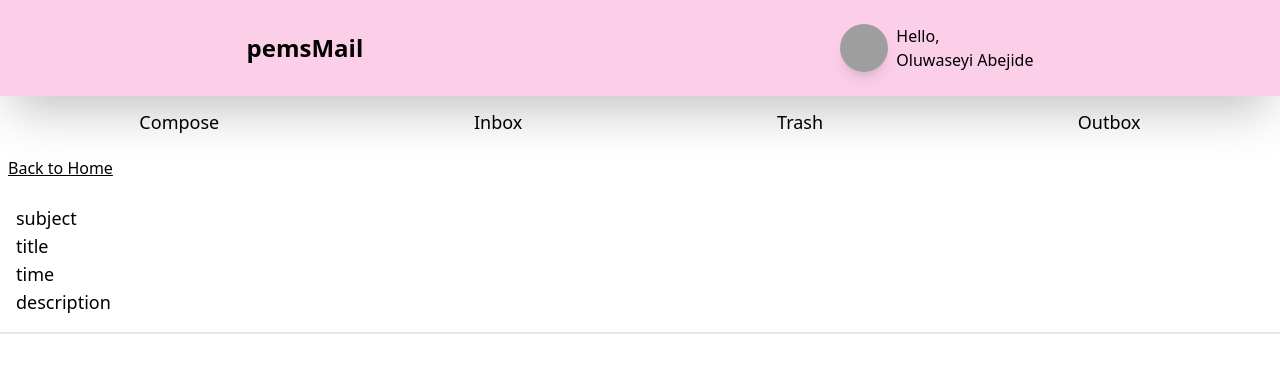
Repository: Semanmernstack/mailclone
Page: /mail
An editor plug-in stored every save of this project. The page is shown before and after the next save, followed by the edit.
The browser window is 1280 px wide. The pictures show the whole page.
Pictures or frames that could not be fetched are drawn as grey boxes. The project was rebuilt for these pictures with package versions that can differ from the ones it lists, and the page was loaded fresh each time. Also part of the build but not shown: src/features/counter/Counter.module.css, src/features/counter/Counter.js, src/OpenRow.js, src/Open.js.

Above is the page before, as saved 2023-01-16 03:24:09.

### src/App.js
import React from 'react';

import { Counter } from './features/counter/Counter';
import Header from './Header';
import {
  BrowserRouter,
  Routes,
  Route,
} from "react-router-dom";
import Open from './Open';
import Topbar from './Topbar';
import Mail from './Mail';


function App() {
  return (
    <div className="App">

      <BrowserRouter>

        <Header/>
        <Topbar/>
        <Routes>
        <Route exact path="mail" element={<Mail/>} />
          <Route exact path="/" element={<Open/>} />
        </Routes>
      </BrowserRouter>
    </div>
  );
}

export default App;

### src/features/counter/counterSlice.js
import { createAsyncThunk, createSlice } from '@reduxjs/toolkit';
import { fetchCount } from './counterAPI';

const initialState = {
  value: 0,
  status: 'idle',
};

// The function below is called a thunk and allows us to perform async logic. It
// can be dispatched like a regular action: `dispatch(incrementAsync(10))`. This
// will call the thunk with the `dispatch` function as the first argument. Async
// code can then be executed and other actions can be dispatched. Thunks are
// typically used to make async requests.
export const incrementAsync = createAsyncThunk(
  'counter/fetchCount',
  async (amount) => {
    const response = await fetchCount(amount);
    // The value we return becomes the `fulfilled` action payload
    return response.data;
  }
);

export const counterSlice = createSlice({
  name: 'counter',
  initialState,
  // The `reducers` field lets us define reducers and generate associated actions
  reducers: {
    increment: (state) => {
      // Redux Toolkit allows us to write "mutating" logic in reducers. It
      // doesn't actually mutate the state because it uses the Immer library,
      // which detects changes to a "draft state" and produces a brand new
      // immutable state based off those changes
      state.value += 1;
    },
    decrement: (state) => {
      state.value -= 1;
    },
    // Use the PayloadAction type to declare the contents of `action.payload`
    incrementByAmount: (state, action) => {
      state.value += action.payload;
    },
  },
  // The `extraReducers` field lets the slice handle actions defined elsewhere,
  // including actions generated by createAsyncThunk or in other slices.
  extraReducers: (builder) => {
    builder
      .addCase(incrementAsync.pending, (state) => {
        state.status = 'loading';
      })
      .addCase(incrementAsync.fulfilled, (state, action) => {
        state.status = 'idle';
        state.value += action.payload;
      });
  },
});

export const { increment, decrement, incrementByAmount } = counterSlice.actions;

// The function below is called a selector and allows us to select a value from
// the state. Selectors can also be defined inline where they're used instead of
// in the slice file. For example: `useSelector((state: RootState) => state.counter.value)`
export const selectCount = (state) => state.counter.value;

// We can also write thunks by hand, which may contain both sync and async logic.
// Here's an example of conditionally dispatching actions based on current state.
export const incrementIfOdd = (amount) => (dispatch, getState) => {
  const currentValue = selectCount(getState());
  if (currentValue % 2 === 1) {
    dispatch(incrementByAmount(amount));
  }
};

export default counterSlice.reducer;

### src/Header.js
import React from 'react'

function Header() {
  return (
    <div className="flex items-center justify-around p-2     h-24 bg-pink-200 border-b-pink-800 shadow-2xl">
        <div>
            <h1 className="text-lg md:text-2xl font-semibold">pemsMail</h1>

        </div>
        <div className="flex items-center justify-evenly">

            <img className="h-12 w-12 rounded-full shadow-lg" src="https://cdn.pixabay.com/photo/2022/12/01/12/26/countryside-7629017__340.jpg" alt="pic" />
            <div className="ml-2">
                <p>Hello,</p>
                <p>Oluwaseyi Abejide</p>
            </div>
        </div>
    </div>
  )
}

export default Header

### src/Topbar.js
import React from 'react'

function Topbar() {
  return (
    <div className="flex items-center justify-around text-lg p-3">
        <div className='hover:underline hover:text-red-900 hover:text-2xl'>
            <p>Compose</p>
        </div>
        <div className='hover:underline hover:text-red-900 hover:text-2xl'>
            <p>Inbox</p>
        </div>
        <div className='hover:underline hover:text-red-900 hover:text-2xl'>
            <p>Trash</p>
        </div>
        <div className='hover:underline hover:text-red-900 hover:text-2xl'>
            <p>Outbox</p>
        </div>
    </div>
  )
}

export default Topbar

### src/Mail.js
import React from 'react'

function Mail() {
  return (
    <div className="flex flex-col">
        <div>
            <p className='p-2 cursor-pointer  hover:text-rose-900 underline'>Back to Home</p>
        </div>
        <div className="flex flex-col text-lg p-4 border-b-2">
           <div>
                <p>subject</p>
                <p>title</p>
                <p>time</p>

            </div>
            <div>
                <p>description</p>
            </div>

        </div>
    </div>
  )
}

export default Mail

Loaded but not shown: public/index.html (common file); src/index.js (common file); src/app/store.js (common file); src/reportWebVitals.js (common file); src/index.css (common file); src/features/counter/counterAPI.js (common file); tailwind.config.js (common file)

After the next save:
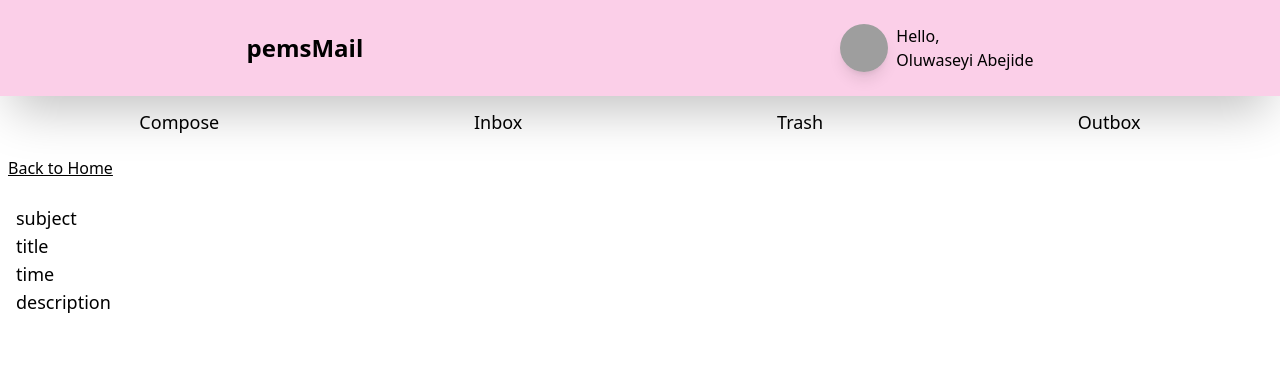
Saved 15 s later.
--- a/src/Mail.js
+++ b/src/Mail.js
@@ -6,7 +6,7 @@ function Mail() {
         <div>
             <p className='p-2 cursor-pointer  hover:text-rose-900 underline'>Back to Home</p>
         </div>
-        <div className="flex flex-col text-lg p-4 border-b-2">
+        <div className="flex flex-col text-lg p-4 ">
            <div>
                 <p>subject</p>
                 <p>title</p>
